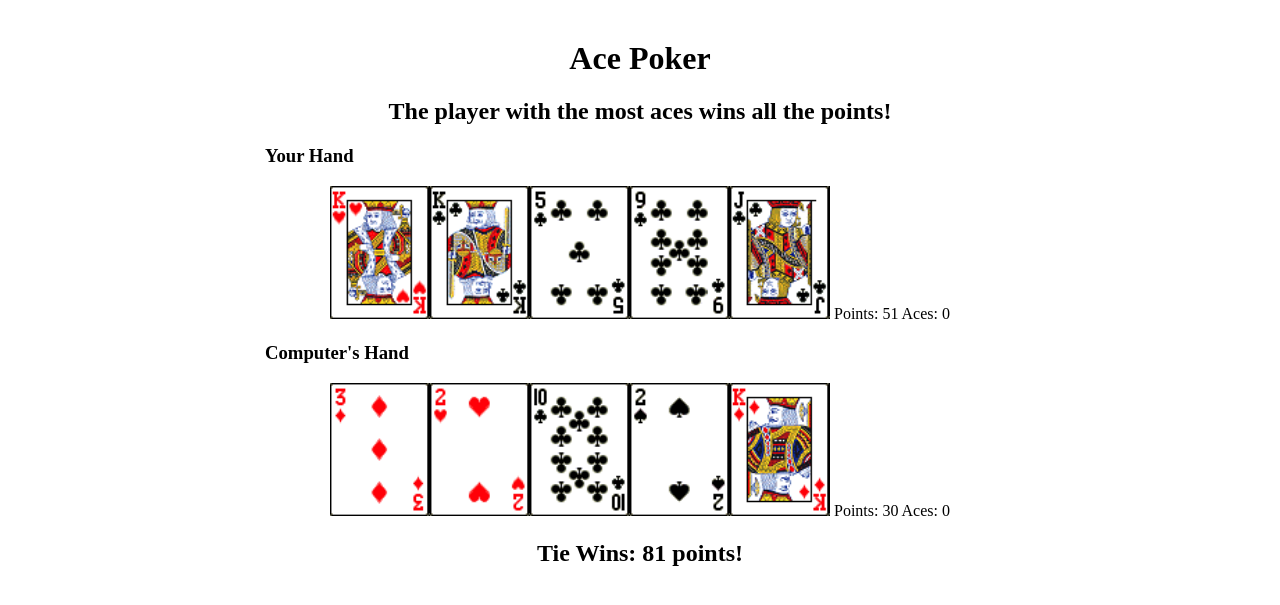
Repository: maliking/making
Page: http://localhost/labs/lab3/index.php
The author's editor kept a record of every edit. The page is drawn from the files as they stood at one moment, then again after the next edit.
The browser window is 1280 px wide. The pictures show the whole page.
The page is run by PHP 8.4 with error messages shown; the project is at /var/www/html/.

Above is the page before.

### labs/lab3/index.php
<?php include 'inc/functions.php'; ?>
<!DOCTYPE html>
<html>
    <head>
        <title>Ace Poker | Mali King</title>
    <style>
        #main {
            width: 750px;
            margin: 40px auto 0px auto;
            display: block;
            text-align: center;
        }

        .ace {
            border: 3px solid yellow;
        }

        img {
            width: 100px;
        }

        h3 {
            text-align: left;
        }
        h4 {
            text-align: right;
            display: inline;
            position: relative;
            bottom: 65px;
            left: 20px;
        }
    </style>
    </head>

    <body>
        <div id="main">
            <h1>Ace Poker</h1>
            <h2>The player with the most aces wins all the points!</h2>
            <h3>Your Hand</h3>
            <div class="card-row">
            <?php
                $player1Aces = displayHand();
            ?>
            </div>
            <h3>Computer's Hand</h3>
            <div class="card-row">
            <?php
                $player2Aces = displayHand();

            ?>

            </div>
            <h2>
            <?=identifyWinner($player1Aces, $player2Aces)?>
            Wins: <?=$totalPoints?> points!</h2>
        </div>


    </body>
</html>

### labs/lab3/inc/functions.php
<?php

    $deck = range(1,41);
    shuffle($deck);
    $totalPoints = 0;

    function displayHand() {
        global $deck, $totalPoints;
        $handPoints = 0;
        $handAces = 0;

        for($i = 0; $i < 5; $i++) {
            $lastCard = array_pop($deck);
            $cardValue = $lastCard % 13;
            $cardSuit;
            if($lastCard <= 13) {
            $cardSuit = "clubs";
            } else if($lastCard > 13 && $lastCard <= 26) {
                $cardSuit = "diamonds";
            } else if($lastCard > 26 && $lastCard <= 39) {
                $cardSuit = "hearts";
            } else if($lastCard > 39) {
                $cardSuit = "spades";
            }
            if($cardValue == 0) {
                $cardValue = 13;
            }
            if ($cardValue == 1) { //identifies an ace
                echo "<img class='ace' src='img/$cardSuit/$cardValue.png' alt='Ace' />";
                $handAces = $handAces + 1;   //another way to do this is using the syntax: $handAces++;
            }
            else {
                echo "<img src='img/$cardSuit/$cardValue.png' alt='Ace' />";
            }
                $handPoints = $handPoints + $cardValue;
        }
        echo " Points: " . $handPoints;
        echo "  Aces: "  . $handAces;
        $totalPoints = $totalPoints + $handPoints;
        return $handAces;
    }







    function identifyWinner($player1Aces, $player2Aces) {
        if ($player1Aces > $player2Aces) {
            echo "Player 1";
        } else if ($player1Aces < $player2Aces) {
            echo "Player 2";
        } else {
            echo "Tie";
        }
    }


?>

After the next edit:
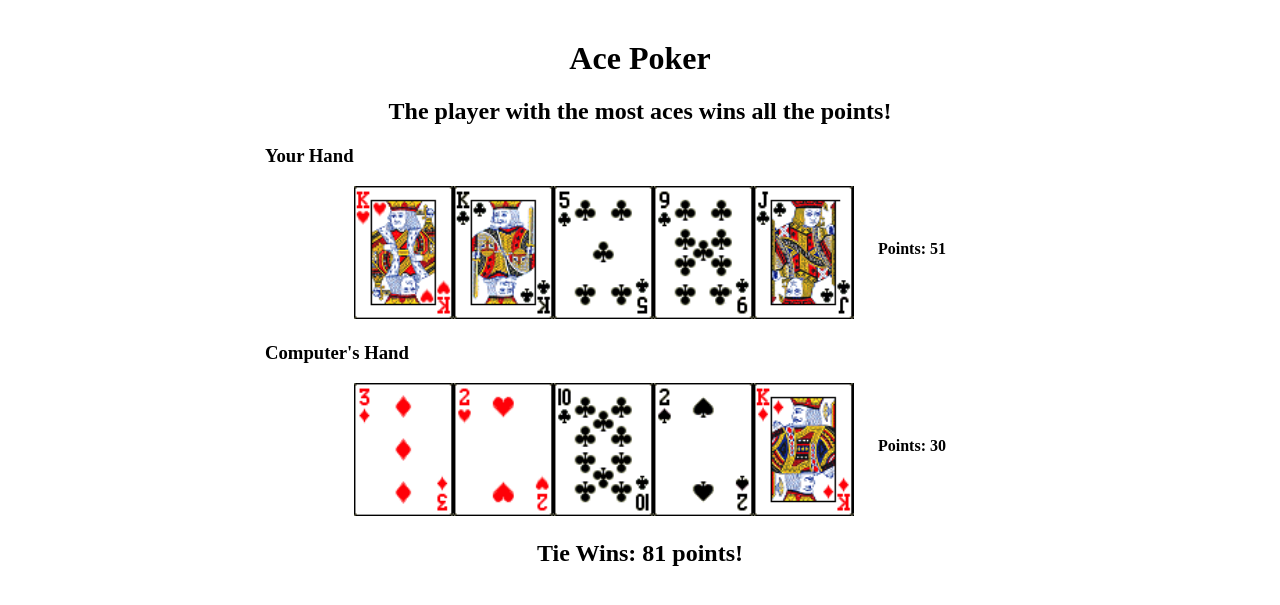
The edit:
--- a/labs/lab3/inc/functions.php
+++ b/labs/lab3/inc/functions.php
@@ -34,8 +34,8 @@
             }
                 $handPoints = $handPoints + $cardValue;
         }
-        echo " Points: " . $handPoints;
-        echo "  Aces: "  . $handAces;
+        echo " <h4>Points: " . $handPoints . "</h4>";
+
         $totalPoints = $totalPoints + $handPoints;
         return $handAces;
     }
